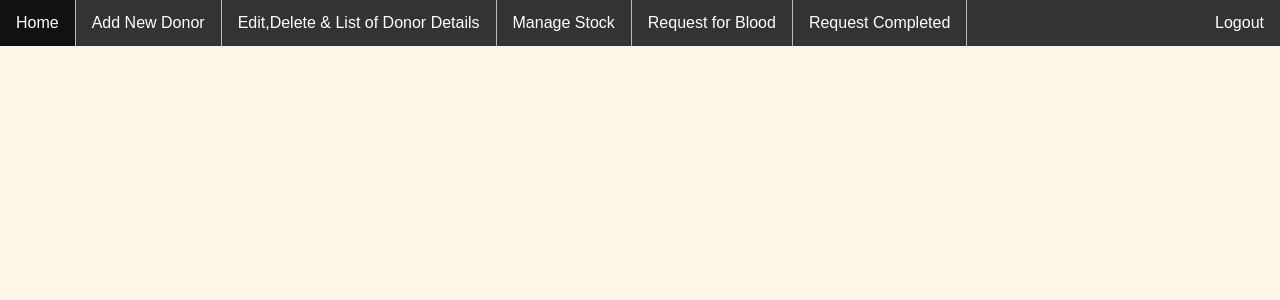
Repository: GopikaGnath/jsp
Page: job seekers/WebContent/header.html
An editor plug-in stored every save of this project. The page is shown before and after the next save, followed by the edit.
The browser window is 1280 px wide. The pictures show the whole page.

Above is the page before, as saved 2023-07-17 10:51:21.

### job seekers/WebContent/header.html
<!DOCTYPE html>
<html>
<head>
 <link rel="stylesheet" href="style.css" type="text/css" media="screen">
<style>

ul {
  list-style-type: none;
  margin: 0;
  padding: 0;
  overflow: hidden;
  background-color: #333;
}

li {
  float: left;
  border-right:1px solid #bbb;
}

li:last-child {
  border-right: none;
}

li a {
  display: block;
  color: white;
  text-align: center;
  padding: 14px 16px;
  text-decoration: none;
}

li a:hover:not(.active) {
  background-color: #111;
}

.active {
  background-color: #4CAF50;
}
</style>
</head>
<body>

<ul>
  <li><a href="home.jsp">Home</a></li>
  <li><a href="addNewWorker.jsp">Add New Donor</a></li>
  <li><a href="editDeleteList.jsp">Edit,Delete & List of Donor Details</a></li>
    <li><a href="manage.jsp">Manage Stock</a></li>
  <li><a href="requestForWorkers.jsp">Request for Blood</a></li>
  <li><a href="requestCompleted.jsp">Request Completed</a></li>
  <li style="float:right"><a href="adminLogin.jsp">Logout</a></li>
</ul>

</body>
</html>

### job seekers/WebContent/style.css
body{
background-color:#FDF5E6;
}
img{
width:100%;
height:500px;
}

.logo{
width:130px;
height:90px;
}
body {
  margin: 0;
  font-family: Arial;
}

.header {
  overflow: hidden;
  background-color:#B0C4DE;
  padding: 20px 10px;
}

.header a {
  float: left;
  color: white;
  text-align: center;
  padding: 12px;
  text-decoration: none;
  font-size: 18px;
  line-height: 25px;
  border-radius: 4px;
}

.header a.logo {
  font-size: 25px;
  font-weight: bold;
}


.header a.active {
  background-color: dodgerblue;
  color: white;
}

.header-right {
  float: right;
}

@media screen and (max-width: 500px) {
  .header a {
    float: none;
    display: block;
    text-align: left;
  }
  .header-right {
    float: none;
  }
}
.slide{
background-color:red;
}


textarea
{
    border: none;
    margin-left:100px;
	background:silver;
	width:100%;
    font-size: 16px;
	padding:15px;

}
.textdiv{
	margin-left:2.5%;
	margin-right:2.5%;
	width:100%;
}

iframe{

	height:50%;
	width:90%;
}


.button {
  border-radius: 4px;
  background-color: black;
  border: solid;
  color: #FFFFFF;
  text-align: center;
  font-size: 23px;
  padding: 5px;
  width: 120px;
  transition: all 0.5s;
  cursor: pointer;
  margin: 5px;
}

.button1 {
  border-radius: 4px;
  background-color: black;
  border: solid;
  border-radius:30px;
  border-color:silver;
  color: #FFFFFF;
  text-align: center;
  font-size: 23px;
  padding: 5px;
  width: 140px;
  transition: all 0.5s;
  cursor: pointer;
  margin: 5px;
  float:right;
}

button span {
  cursor: pointer;
  display: inline-block;
  position: relative;
  transition: 0.5s;
}

button span:after ,button1 span:after {
  content: '\00bb';
  position: absolute;
  opacity: 0;
  top: 0;
  right: -20px;
  transition: 0.5s;
}

button:hover span , button1:hover span {
  padding-right: 25px;
}

button:hover span:after , button1:hover span:after {
  opacity: 1;
  right: 0;
}



.p1{
	margin-left:6%;
	margin-right:6%;
	padding:15%;
	 border-left: 6px solid silver;
	 border-right: 6px solid silver;
	  border-top: 6px solid gray;
	 border-bottom: 6px solid gray;
	margin-bottom:2px;
	 background: rgba(0, 0, 0, 0.2);

}
.p2
{
	margin-left:6%;
	margin-right:6%;
	padding:9%;
	border:solid;
	border-left: 6px solid silver;
	 border-right: 6px solid silver;
	  border-top: 6px solid gray;
	 border-bottom: 6px solid gray;
	margin-bottom:18px;
	 background: rgba(0, 0, 0, 0.2);
}


.p3{

	color:white;
	margin-left:6%;
}


.m1{
	width:140px;
}

* {
    box-sizing: border-box;
}

body {
    margin: 0;
    font-family: Arial;
}

.header {
    text-align: center;
    padding: 32px;
}

.row {
    display: -ms-flexbox; /* IE10 */
    display: flex;
    -ms-flex-wrap: wrap; /* IE10 */
    flex-wrap: wrap;
    padding: 0 4px;

}
.row1 {
    display: -ms-flexbox; /* IE10 */
    display: flex;
    -ms-flex-wrap: wrap; /* IE10 */
    flex-wrap: wrap;
    padding: 0 4px;
	background-color:black;

}


/* Create four equal columns that sits next to each other */
.column {
    -ms-flex: 25%; /* IE10 */
    flex: 25%;
    max-width: 50%;
    padding: 0 4px;
}
.column1 {
    -ms-flex: 25%; /* IE10 */
    flex: 25%;
    max-width: 100%;
    padding: 0 4px;
}


.column img {
    margin-top: 8px;
    vertical-align: middle;
	height:300px;
	padding:30px;
}

/* Responsive layout - makes a two column-layout instead of four columns */
@media screen and (max-width: 800px) {
    .column {
        -ms-flex: 50%;
        flex: 50%;
        max-width: 50%;
    }
}

/* Responsive layout - makes the two columns stack on top of each other instead of next to each other */
@media screen and (max-width: 600px) {
    .column {
        -ms-flex: 100%;
        flex: 100%;
        max-width: 100%;
    }
}
p{
padding:10px;
}

.h1d{
color:white;
margin-left:5%;
}
.h1e{
color:white;
margin-left:28%;
}

After the next save:
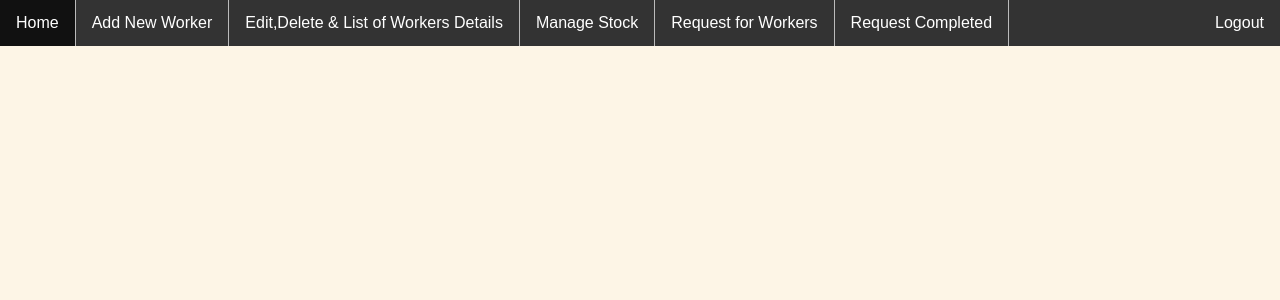
Saved 102 s later.
--- a/job seekers/WebContent/header.html
+++ b/job seekers/WebContent/header.html
@@ -42,10 +42,10 @@ li a:hover:not(.active) {
 
 <ul>
   <li><a href="home.jsp">Home</a></li>
-  <li><a href="addNewWorker.jsp">Add New Donor</a></li>
-  <li><a href="editDeleteList.jsp">Edit,Delete & List of Donor Details</a></li>
+  <li><a href="addNewWorker.jsp">Add New Worker</a></li>
+  <li><a href="editDeleteList.jsp">Edit,Delete & List of Workers Details</a></li>
     <li><a href="manage.jsp">Manage Stock</a></li>
-  <li><a href="requestForWorkers.jsp">Request for Blood</a></li>
+  <li><a href="requestForWorkers.jsp">Request for Workers</a></li>
   <li><a href="requestCompleted.jsp">Request Completed</a></li>
   <li style="float:right"><a href="adminLogin.jsp">Logout</a></li>
 </ul>
